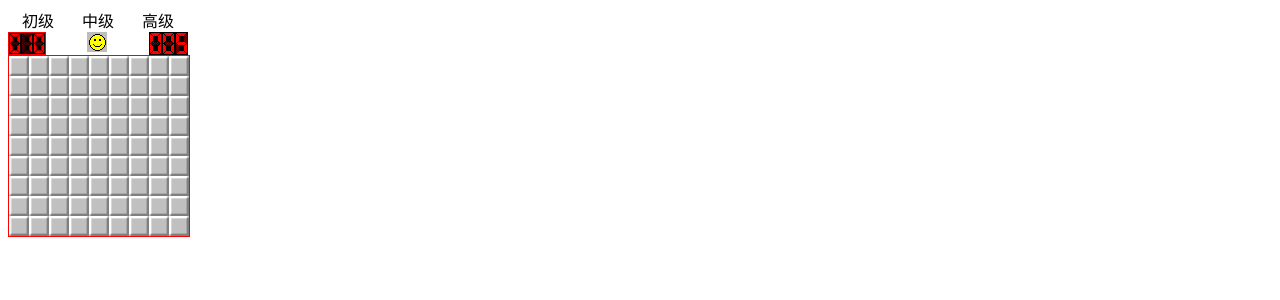
Repository: vLinv/MineSweeper
Page: index.html
These files come from the project's save history. The page is drawn as it stood at one moment and after a run of saves; the edit follows.
The browser window is 1280 px wide. The pictures show the whole page.

Above is the page before, as saved 2022-02-18 16:35:26.

### index.html
<!DOCTYPE html>
<html lang="en">

<head>
  <meta charset="UTF-8">
  <meta http-equiv="X-UA-Compatible" content="IE=edge">
  <meta name="viewport" content="width=device-width, initial-scale=1.0">
  <title>MineSweeper</title>
</head>

<body>

  <div id="game_wrap">
    <div class="level_select">
      <span class="level" onclick="changeLevel('primary')">初级</span>
      <span class="level" onclick="changeLevel('intermediate')">中级</span>
      <span class="level" onclick="changeLevel('advanced')">高级</span>
    </div>
    <div class="header_wrap">
      <canvas id="mineNumCanvas" width="39" height="23" style="border: 1px solid red;"></canvas>
      <div class="face_btn" onclick="restartGame()">
        <img src="./img/face_normal.gif" alt="">
      </div>
      <canvas id="timeCanvas" width="39" height="23"></canvas>
    </div>
    <div class="section_wrap">
      <canvas id="canvas" width="180" height="180"></canvas>
    </div>
  </div>
  <style>
    #game_wrap{
      width: 180px;
    }
    #canvas {
      border: 1px solid red;
    }

    .level_select {
      width: 100%;
      display: flex;
    }

    .level {
      flex: 10;
      text-align: center;
    }

    .header_wrap {
      width: 100%;
      height: 23px;
      display: flex;
    }

    #mineNumCanvas {
      flex: 1;
    }

    .face_btn {
      flex: 10;
      text-align: center;
    }

    #timeCanvas {
      flex: 1;
    }
  </style>
  <script>
    /** @type {HTMLCanvasElement} */
    // 游戏canvas
    const canvasNode = document.getElementById('canvas')
    const ctx = canvasNode.getContext('2d')
    // mineNum与timer Canvas
    const mineNumNode = document.getElementById('mineNumCanvas')
    const timerNode = document.getElementById('timeCanvas')
    const mineNumCtx = mineNumNode.getContext('2d')
    const timerCtx = timerNode.getContext('2d')

    // 存储图片路径（name, url）
    const imgArr = new Map();
    // 存储已加载好的图片 (name, img)
    const imgArrElement = new Map();
    // 资源是否加载完成
    let sourceInit = false;

    let mineSweeper = null;
    let curLevel = 'primary'

    const MAP_LEVEL = {
      'primary': {
        mapSize: [9, 9],
        mineNum: 10
      },
      'intermediate': {
        mapSize: [16, 16],
        mineNum: 40
      },
      'advanced': {
        mapSize: [16, 30],
        mineNum: 99
      }
    }

    function initImage() {
      imgArr.set('ask', './img/ask.gif')
      imgArr.set('blank', './img/blank.gif')
      imgArr.set('blood', './img/blood.gif')
      imgArr.set('flag', './img/flag.gif')
      imgArr.set('mine', './img/mine.gif')
      for (let i = 0; i <= 8; i++) {
        imgArr.set(i, './img/' + i + '.gif')
      }
      for (let i = 0; i <= 9; i++) {
        imgArr.set('num_' + i, './img/num_' + i + '.jpg');
      }
      const loadImage = (url) => {
        return new Promise((reslove) => {
          let img = new Image();
          img.onload = () => reslove(img)
          img.src = url
        })
      }
      const promiseArr = [];
      // 获取所有图片的promise对象并使用promise.all进行加载
      [...imgArr.keys()].forEach(e => {
        promiseArr.push(loadImage(imgArr.get(e)))
      });
      sourceInit = true;
      return Promise.all(promiseArr)
    }

    // 开始游戏
    async function startGame() {
      if (!sourceInit) {
        const res = await initImage()
        const keys = [...imgArr.keys()];
        res.forEach((item, index) => {
          imgArrElement.set(String(keys[index]), item)
        })
      }
      mineSweeper = new MineSweeper(curLevel);
      mineSweeper.initGame();
    }

    class MineSweeper {
      constructor(curLevel) {
        this.level = curLevel
        this.map = [];
        this.mapSizeX = 0;
        this.mapSizeY = 0;
        this.mineNum = 0;
        this.bombList = [];
        this.flagList = [];
        this.problemList = [];
        this.isGameOver = false;
        this.mineNumCanvas = mineNumCtx;
        this.timerCanvas = timerCtx;
        this.timer = null;
        this.time = 0;
      }

      initGame() {
        const {
          mapSize,
          mineNum
        } = MAP_LEVEL[this.level]
        this.mapSizeX = mapSize[0];
        this.mapSizeY = mapSize[1];
        canvasNode.width = this.mapSizeX * 20;
        canvasNode.height = this.mapSizeY * 20;
        this.mineNum = mineNum;
        this.buildMap();
        this.buildBomb();
        this.drawMap();
        this.drawGameInfo(this.mineNum, this.mineNumCanvas);
        this.drawGameInfo(this.time, this.timerCanvas)
        this.timer = setInterval(() => {
          this.time += 1;
          this.drawGameInfo(this.time, this.timerCanvas)
          if (this.time >= 999) {
            this.time = 0;
          }
        }, 1000)
      }

      buildMap() {
        for (let i = 0; i < this.mapSizeX; i++) {
          this.map.push(new Array(this.mapSizeY).fill(-1))
        }
      }

      buildBomb() {
        let curBomb = 0;
        while (curBomb < this.mineNum) {
          let xPos = Number.parseInt(Math.random() * this.mapSizeX);
          let yPos = Number.parseInt(Math.random() * this.mapSizeY);
          if (this.bombList.find(item => {
              return xPos === item[0] && yPos === item[1]
            }) === undefined) {
            this.bombList.push([xPos, yPos])
            curBomb++;
          }
        }
      }
      // 绘制
      drawMap() {
        const blankImg = imgArrElement.get('blank')
        const flag = imgArrElement.get('flag')
        for (let i = 0; i < this.mapSizeX; i++) {
          for (let j = 0; j < this.mapSizeY; j++) {
            if (this.map[i][j] === -1) {
              ctx.drawImage(blankImg, 0, 0, blankImg.width, blankImg.height, 20 * i, 20 * j, 20, 20)
            } else if (this.map[i][j] >= 0) {
              const numImg = imgArrElement.get(this.map[i][j] + '')
              ctx.drawImage(numImg, 0, 0, numImg.width, numImg.height, 20 * i, 20 * j, 20, 20)
            }
            if (this.posInflagList(i, j) !== -1) {
              ctx.drawImage(flag, 0, 0, flag.width, flag.height, 20 * i, 20 * j, 20, 20)
            }
          }
        }
      }

      drawAllBomb(xPos, yPos) {
        const blood = imgArrElement.get('blood')
        const mine = imgArrElement.get('mine')
        // 绘制所有地雷
        this.bombList.forEach(e => {
          if (e[0] === xPos && e[1] === yPos) {
            ctx.drawImage(blood, 0, 0, blood.width, blood.height, 20 * e[0], 20 * e[1], 20, 20)
          } else {
            ctx.drawImage(mine, 0, 0, mine.width, mine.height, 20 * e[0], 20 * e[1], 20, 20)
          }
        })
      }


      // 绘制地雷数与计时器
      drawGameInfo(num, ctx) {
        // 将num转换为3位数字
        const tmpArr = new Array(3).fill(0);
        const arr = [...num + '']
        while (arr.length < 3) {
          arr.unshift('0')
        }
        for (let i = 0; i < 3; i++) {
          ctx.drawImage(imgArrElement.get('num_' + arr[i]), i * 13, 0)
        }
      }

      // 获取(xPos, yPos)周围八格位置
      getAroundGrid(xPos, yPos) {
        const pos = [-1, 0, 1];
        const around = [];
        for (let i = 0; i < pos.length; i++) {
          let tmpxPos = xPos + pos[i];
          // 边界
          if (tmpxPos < 0 || tmpxPos >= this.mapSizeX) {
            continue
          }
          for (let j = 0; j < pos.length; j++) {
            let tmpyPos = yPos + pos[j];
            if (tmpyPos < 0 || tmpyPos >= this.mapSizeY || (tmpxPos === xPos && tmpyPos === yPos)) {
              continue
            }
            around.push([tmpxPos, tmpyPos])
          }
        }
        return around;
      }

      // 点击(xPos, yPos)操作
      clickPos(xPos, yPos) {
        // 判断游戏是否结束
        if (this.posInBombList(xPos, yPos)) {
          this.gameOver(xPos, yPos);
          return;
        }
        const queue = []
        queue.push([xPos, yPos]);
        while (queue.length > 0) {
          let tmpNode = queue.shift()
          let tmpxPos = tmpNode[0],
            tmpyPos = tmpNode[1]
          // 该点为雷或已经打开则跳过
          if (this.posInBombList(tmpxPos, tmpyPos) || this.map[tmpxPos][tmpyPos] >= 0) {
            continue;
          }
          const around = this.getAroundGrid(tmpxPos, tmpyPos, this.map.length)
          // around中有几个雷
          let bombNum = 0
          around.forEach(x => {
            this.bombList.forEach(y => {
              if (x[0] === y[0] && x[1] === y[1]) {
                bombNum++;
              }
            })
          })
          this.map[tmpxPos][tmpyPos] = bombNum;
          // 如果周围没有雷，则继续打开周围坐标
          if (bombNum === 0) {
            queue.push(...around)
          }
        }
        this.drawMap()
      }

      // 游戏结束操作
      gameOver(xPos, yPos) {
        this.drawAllBomb(xPos, yPos)
        this.isGameOver = true;
      }

      // (xPos, yPos)是否为雷
      posInBombList(xPos, yPos) {
        // true: 存在
        return this.bombList.find(item => {
          return xPos === item[0] && yPos === item[1]
        }) !== undefined
      }

      // (xPos, yPos)是否被标记
      posInflagList(xPos, yPos) {
        return this.flagList.findIndex(item => {
          return xPos === item[0] && yPos === item[1]
        })
      }

      // 判断游戏是否胜利
      checkGameWin() {
        // 剩余未打开格子都存在于bombList中
        for (let i = 0; i < this.mapSizeX; i++) {
          for (let j = 0; j < this.mapSizeY; j++) {
            let tmpGrid = this.map[i][j]
            if (tmpGrid < 0 && !this.posInBombList(i, j)) {
              return false;
            }
          }
        }
        return true;
      }

      // 标记(xPos, yPos)
      signBomb(xPos, yPos) {
        const pos = this.posInflagList(xPos, yPos)
        if (pos !== -1) {
          this.flagList.splice(pos, 1)
        } else {
          this.flagList.push([xPos, yPos])
        }
        this.drawGameInfo(this.mineNum - this.flagList.length, this.mineNumCanvas)
        this.drawMap()
      }

      closeTimer() {
        clearInterval(this.timer)
      }
    }

    // 监听点击事件
    document.addEventListener('click', e => {
      if (e.target !== canvas || mineSweeper.isGameOver) {
        return;
      }
      mineSweeper.clickPos(Number.parseInt(e.offsetX / 20), Number.parseInt(e.offsetY / 20))
    })

    // 监听右键事件
    document.oncontextmenu = e => {
      if (e.target !== canvas || mineSweeper.isGameOver) {
        return false;
      }
      const xPos = Number.parseInt(Number.parseInt(e.offsetX / 20)),
        yPos = Number.parseInt(Number.parseInt(e.offsetY / 20))
      mineSweeper.signBomb(xPos, yPos)
      return false;
    };

    function restartGame() {
      mineSweeper.closeTimer();
      startGame();
    }


    // 改变等级
    function changeLevel(level) {
      curLevel = level
      restartGame();
    }
    startGame();
  </script>
</body>

</html>

After the next 2 saves:
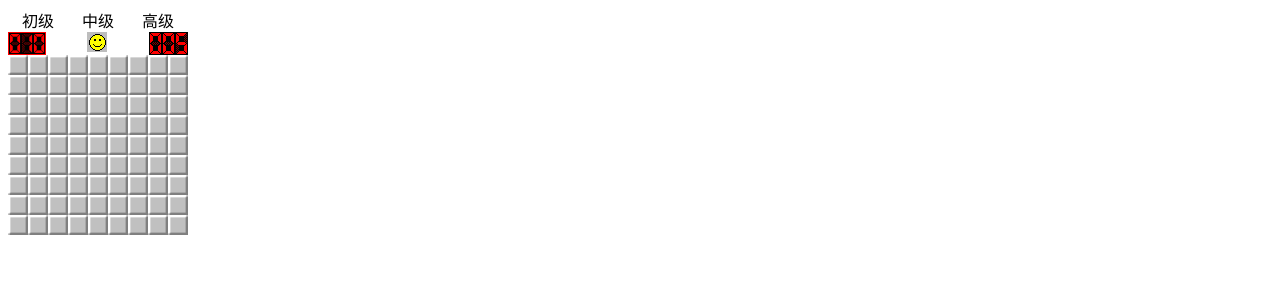
The 2 saves are shown as one change because they came seconds apart.
The last was saved 6 s later.
--- a/index.html
+++ b/index.html
@@ -28,11 +28,8 @@
     </div>
   </div>
   <style>
-    #game_wrap{
+    #game_wrap {
       width: 180px;
-    }
-    #canvas {
-      border: 1px solid red;
     }
 
     .level_select {
